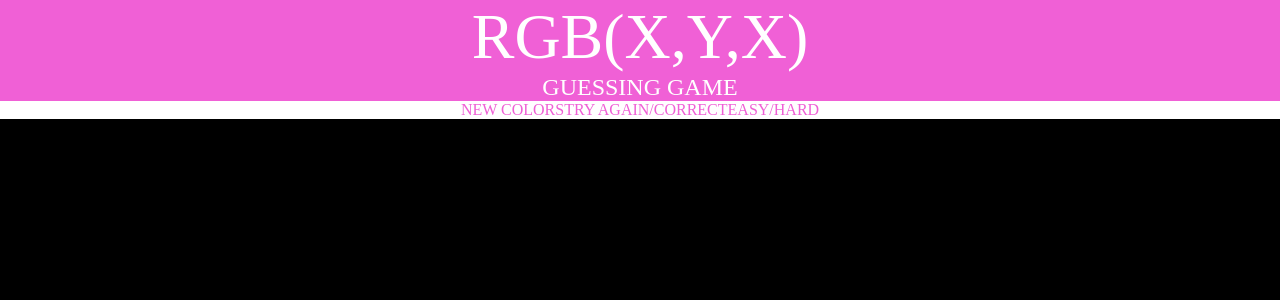
Repository: EEOOOO/javascript-projects
Page: rgbColorGameApp/index.html
These files come from the project's save history. The page is drawn as it stood at one moment and after the next save; the edit follows.
The browser window is 1280 px wide. The pictures show the whole page.

Above is the page before, as saved 2022-07-18 18:37:03.

### rgbColorGameApp/index.html
<!DOCTYPE html>
<html lang="en">
<head>
    <meta charset="UTF-8">
    <meta http-equiv="X-UA-Compatible" content="IE=edge">
    <meta name="viewport" content="width=device-width, initial-scale=1.0">
    <script defer src="rgbColorGame.js"></script>
    <link rel="stylesheet" href="style.css">
    <title>RGB Color Game</title>
</head>
<body>
    <header>
        <div class="headerMain">
            <span class="rgbQuestion">RGB(X,Y,X)</span>
            <span class="gameTitle">GUESSING GAME</span>
        </div>
        <ul class="headerButtons">
            <li>
                <div class="playNewGameButton">NEW COLORS</div>
            </li>
            <li>
                <div>
                    <span class="stateMessage">TRY AGAIN/CORRECT</span>
                </div>
            </li>
            <li>
                <div>
                    <span class="gameMode">EASY/HARD</span>
                </div>
            </li>
        </ul>
    </header>
    <main>
        <div class="colorbox"></div>
        <div class="colorbox"></div>
        <div class="colorbox"></div>
        <div class="colorbox"></div>
        <div class="colorbox"></div>
        <div class="colorbox"></div>
    </main>
</body>
</html>

### rgbColorGameApp/rgbColorGame.js
let playGameBtn;

### rgbColorGameApp/style.css
:root {
  --color-now: #f060d6;
}
body {
  width: 100%;
  background-color: black;
  margin: 0;
}

header {
  width: 100%;
  text-align: center;
  background-color: var(--color-now);
}
.headerMain {
  color: white;
  display: flex;
  align-items: center;
  flex-direction: column;
}
.headerMain .rgbQuestion {
  font-size: 4rem;
}
.headerMain .gameTitle {
  font-size: 1.5rem;
}
.headerButtons {
  margin: 0;
  padding: 0;
  list-style: none;
  display: flex;
  align-items: center;
  justify-content: center;
  background-color: white;
  color: var(--color-now);
}
.headerButtons li {
  background-color: ;
}

After the next save:
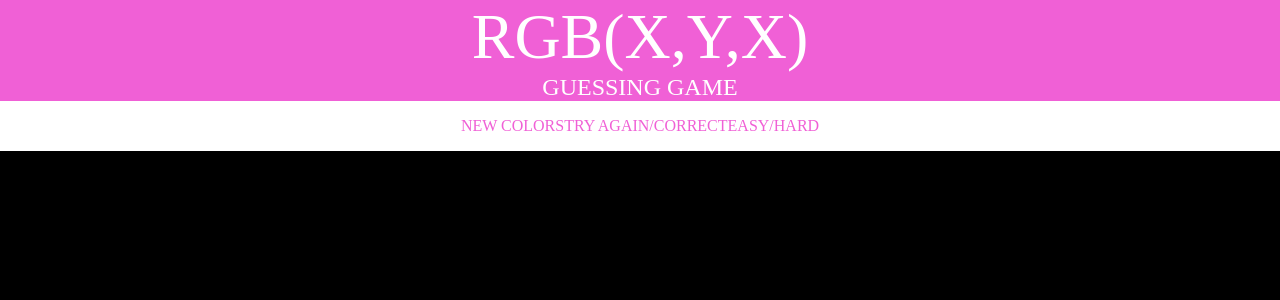
Saved 29 s later.
--- a/rgbColorGameApp/style.css
+++ b/rgbColorGameApp/style.css
@@ -35,5 +35,5 @@
   color: var(--color-now);
 }
 .headerButtons li {
-  background-color: ;
+  margin: 1rem 0;
 }

After the save that followed:
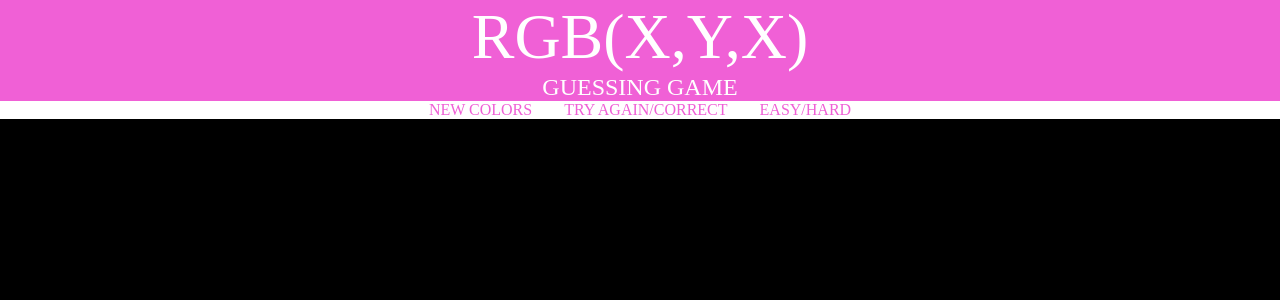
Saved 7 s later.
--- a/rgbColorGameApp/style.css
+++ b/rgbColorGameApp/style.css
@@ -35,5 +35,5 @@
   color: var(--color-now);
 }
 .headerButtons li {
-  margin: 1rem 0;
+  margin: 0 1rem;
 }
